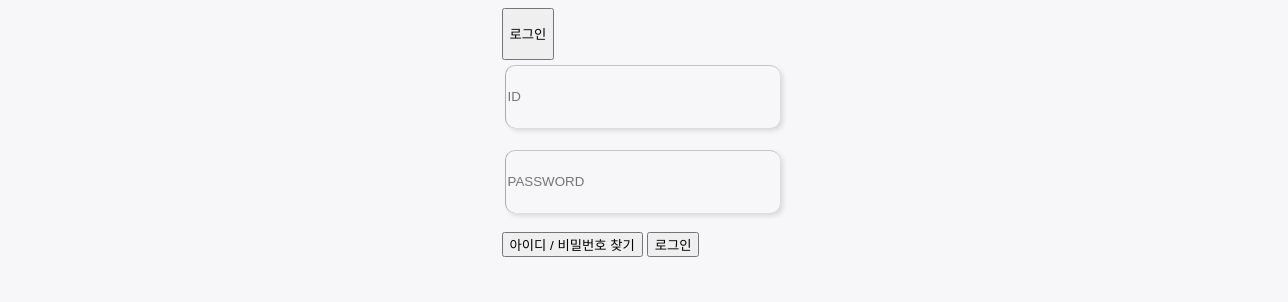
Repository: PEPI-dev/UI
Page: login/login.html
An editor plug-in stored every save of this project. The page is shown before and after a run of saves, followed by the edit.
The browser window is 1280 px wide. The page is 1288 px wide, so the pictures cover 1288 px, including what lies to the right of the window. The pictures show the whole page.

Above is the page before, as saved 2023-12-04 15:11:54.

### login/login.html
<!DOCTYPE html>
<html lang="en">
<head>
    <meta charset="UTF-8">
    <meta name="viewport" content="width=device-width, initial-scale=1.0">
    <title>Login</title>
    <link rel="stylesheet" href="./login.css">
</head>
<body>

    </div>
    <form action="#">
        <button id="back"><p>로그인</p></button>
        <p class="input_form"><input class="field" id="ID" placeholder="ID"></input></p>
        <p class="input_form"><input class="field" id="password" type="password" placeholder="PASSWORD"></input></p>
        <button class="text_btn">아이디 / 비밀번호 찾기</button>
        <button id="login_btn">로그인</button>
    </form>

</body>
</html>

### login/login.css
@font-face {
    font-family: 'main_font';
    src: url(../a_font/SOYO_maple_font/soyo_ttf/SOYO\ Maple\ Regular.ttf);
    font-weight: 500;
}

@font-face {
    font-family: 'sub_font';
    src: url(../a_font/NPSfont_regular.ttf);
}

h3{
    margin-bottom: 10px;
    margin-right: 12px;
}

body{
    width: 100%;
    background-color: #F7F7F9;
    display: flex;
    flex-direction: column;
    align-items: center;
}

#logo{
    font-family: 'main_font';
}

.input_form {
    padding: 3px;
    margin-top: 2px;
    margin-right: 12px;
}

.field {
    width: 270px;
    height: 60px;
    border-radius: 10px;
    box-shadow: 3px 3px 5px rgba(0, 0, 0, 0.12);
    background-color: #F7F7F9;
    border-width: 0;
    outline: none;
    border: none;
    border-top: 0.5px solid rgba(0, 0, 0, 0.2);
    border-left: 0.5px solid rgba(0, 0, 0, 0.3);
}

@media screen and (max-width: 360px) {
    body {
        height: auto;
    }
}

After the next 2 saves:
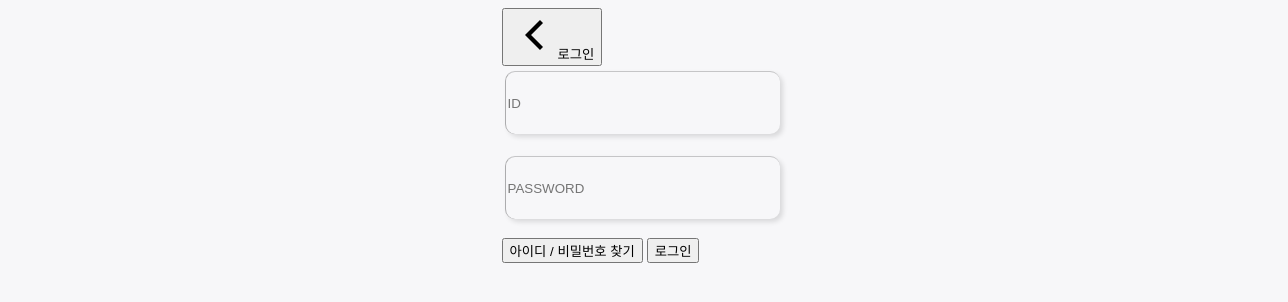
The 2 saves are shown as one change because they came seconds apart.
The last was saved 30 s later.
--- a/login/login.html
+++ b/login/login.html
@@ -10,7 +10,7 @@
 
     </div>
     <form action="#">
-        <button id="back"><p>로그인</p></button>
+        <button id="back"><img src="../a_icon/back.png">로그인</img></button>
         <p class="input_form"><input class="field" id="ID" placeholder="ID"></input></p>
         <p class="input_form"><input class="field" id="password" type="password" placeholder="PASSWORD"></input></p>
         <button class="text_btn">아이디 / 비밀번호 찾기</button>
